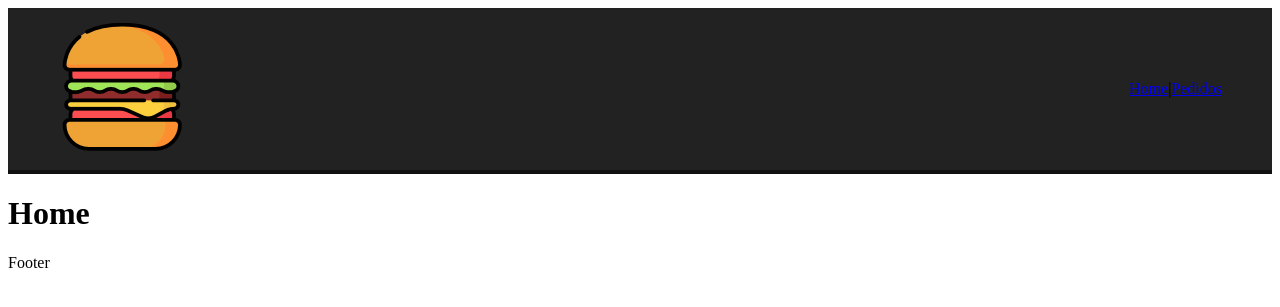
Repository: brunofa23/makeyourburguer
Page: /
An editor plug-in stored every save of this project. The page is shown before and after the next save, followed by the edit.
The browser window is 1280 px wide. The pictures show the whole page.
The project was rebuilt for these pictures with package versions that can differ from the ones it lists, and the page was loaded fresh each time. Also part of the build but not shown: vue.config.js.

Above is the page before, as saved 2022-08-08 20:28:57.

### src/App.vue
<template>
  <Navbar :logo="logo_src" :alt="app_name"/>
  <router-view/>
  <Footer />
</template>

<script>
import Navbar from './components/Navbar.vue';
import Footer from './components/Footer.vue';

export default{
  components:{ Navbar, Footer },
  data(){
    return{
      logo_src:"/img/logo.png",
      app_name:"Make Your Burguer"
    }

  }
}

</script>

<style>

</style>

### src/router/index.js
import { createRouter, createWebHistory } from 'vue-router'
import HomeView from '../views/HomeView.vue'

const routes = [
  {
    path: '/',
    name: 'home',
    component: HomeView
  },
  {
    path: '/pedidos',
    name: 'Pedidos',
    // route level code-splitting
    // this generates a separate chunk (about.[hash].js) for this route
    // which is lazy-loaded when the route is visited.
    component: () => import(/* webpackChunkName: "about" */ '../views/PedidosView.vue')
  }
]

const router = createRouter({
  history: createWebHistory(process.env.BASE_URL),
  routes
})

export default router

### src/components/Navbar.vue
<template>
  <div id="nav">
    <router-link to="/" id="logo-url">
        <img :src="logo" :alt="alt" id="logo" >
    </router-link>
    <router-link to="/">Home</router-link> |
    <router-link to="/pedidos">Pedidos</router-link>
  </div>
</template>

<script>
export default {
    name:"Navbar",
    props:["logo", "alt"]
}
</script>

<style scoped>
#nav{
  background-color:#222 ;
  border-bottom: 4px solid #111;
  padding: 15px 50px;
  display: flex;
  justify-content: flex-end;
  align-items: center;


}

#logo-url{
  margin: auto;
  margin-left: 0;


}

</style>

### src/components/Footer.vue
<template>
    <P>Footer</P>
</template>


<script>
export default{
    name: "Footer"
}

</script>

### src/views/HomeView.vue
<template>
  <div class="home">
   <h1>Home</h1>
  </div>
</template>

<script>

</script>

Loaded but not shown: public/index.html (common file); src/main.js (common file)

After the next save:
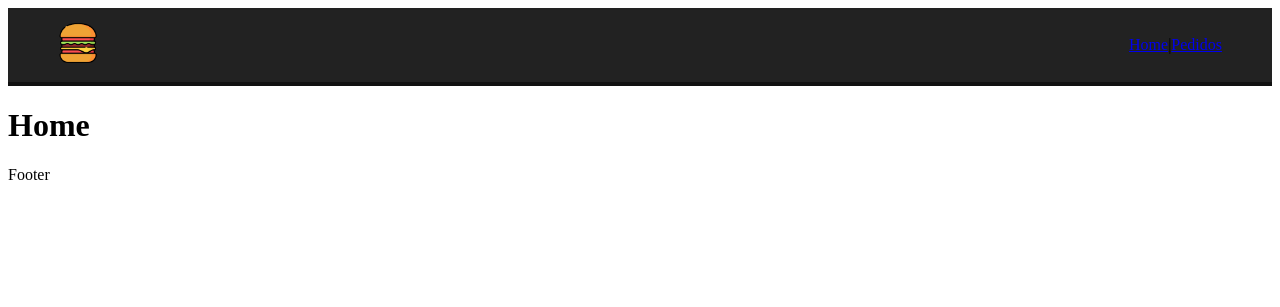
Saved 43 s later.
--- a/src/components/Navbar.vue
+++ b/src/components/Navbar.vue
@@ -34,4 +34,9 @@ export default {
 
 }
 
+#logo{
+  width: 40px;
+  height: 40px;
+}
+
 </style>
